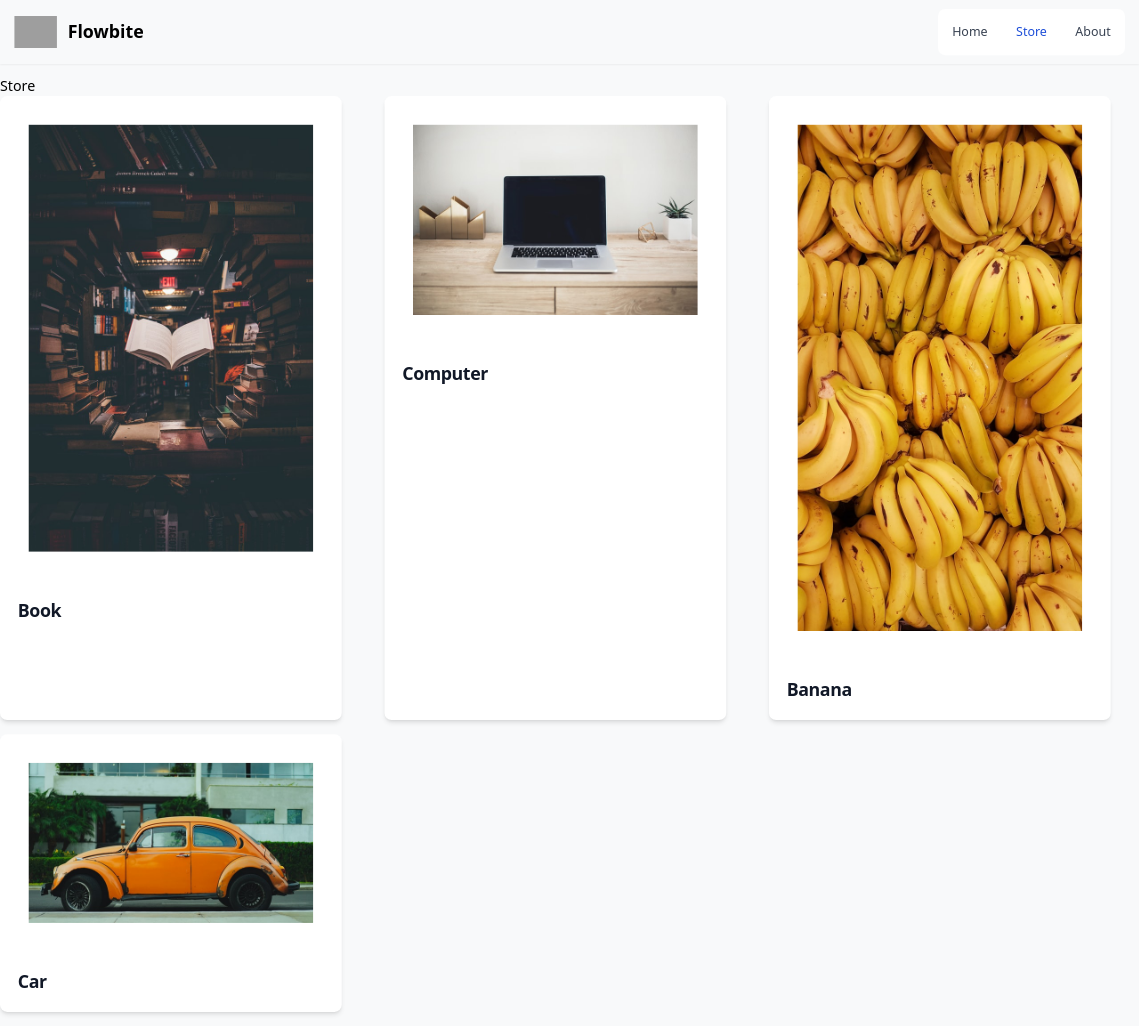
Repository: ducanhaep/react-ts-shopping-cart
Page: /store
These files come from the project's save history. The page is drawn as it stood at one moment and after the next save; the edit follows.
The browser window is 1280 px wide. The pictures show the whole page, at 89% of full size.
Pictures or frames that could not be fetched are drawn as grey boxes. The project was rebuilt for these pictures with package versions that can differ from the ones it lists, and the page was loaded fresh each time. Also part of the build but not shown: vite.config.ts, src/pages/About.js, src/pages/Home.js.

Above is the page before, as saved 2023-01-11 19:15:25.

After the next save:
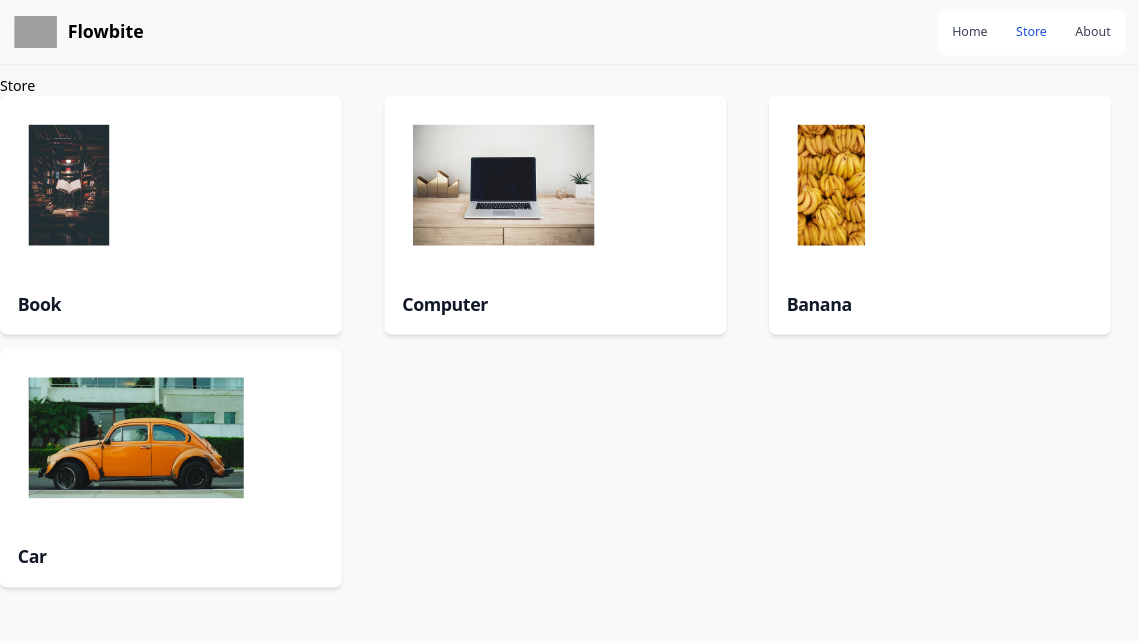
Saved 79 s later.
--- a/src/components/StoreItem.tsx
+++ b/src/components/StoreItem.tsx
@@ -10,7 +10,7 @@
   return (
     <div className="w-full max-w-sm bg-white rounded-lg shadow-md">
       <Link to="#">
-        <img src={imgUrl} alt="imgUrl" className="rounded-t-lg p-8" />
+        <img src={imgUrl} alt="imgUrl" className="rounded-t-lg p-8 h-[200px]" />
       </Link>
       <div className="px-5 py-5">
         <Link to="#">

After the 2 saves that followed:
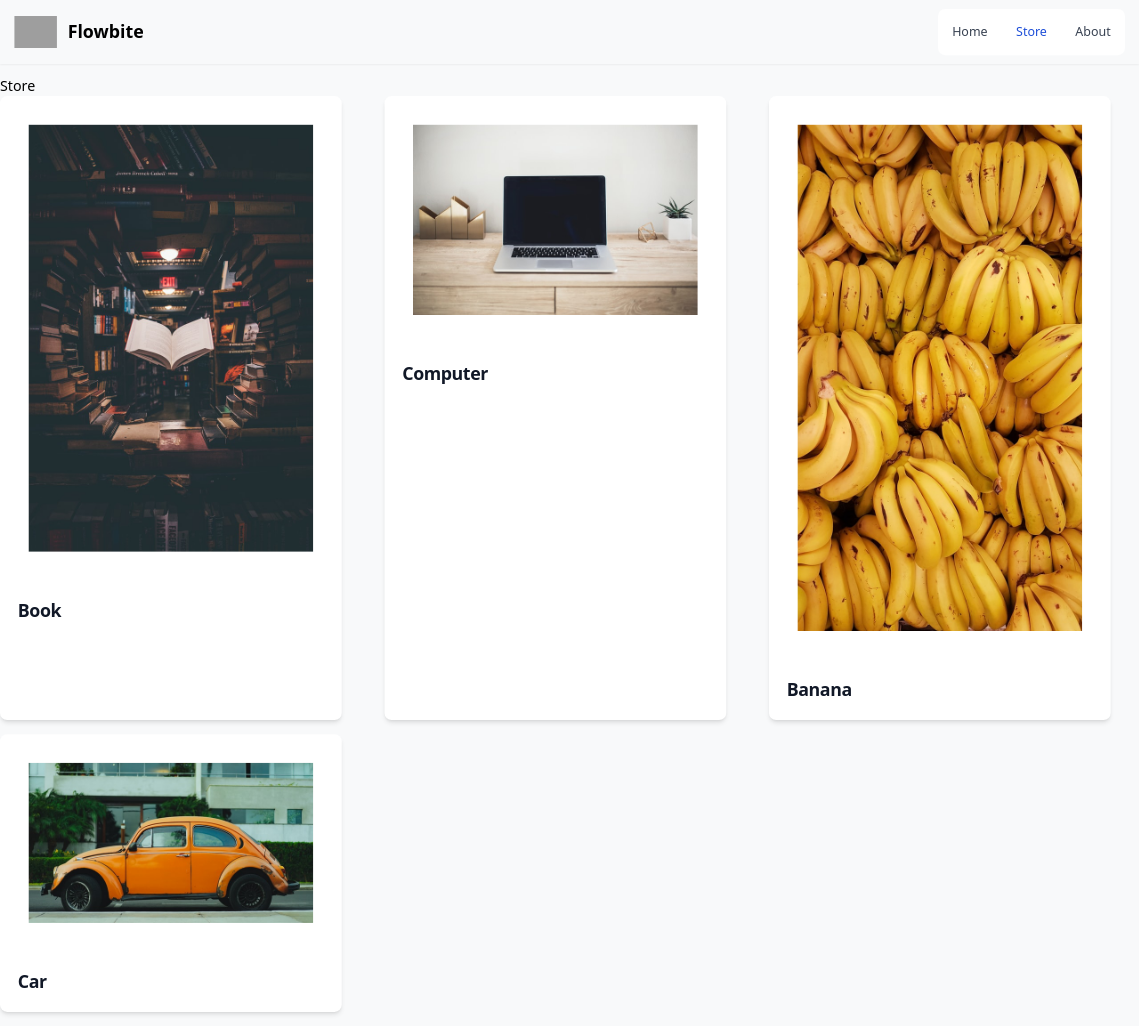
The 2 saves are shown as one change because 1 left the picture as it was.
The last was saved 57 s later.
--- a/src/components/StoreItem.tsx
+++ b/src/components/StoreItem.tsx
@@ -9,8 +9,12 @@
 export function StoreItem({ id, name, price, imgUrl }: StoreItemProps) {
   return (
     <div className="w-full max-w-sm bg-white rounded-lg shadow-md">
-      <Link to="#">
-        <img src={imgUrl} alt="imgUrl" className="rounded-t-lg p-8 h-[200px]" />
+      <Link to="#" className=" h-[200px]">
+        <img
+          src={imgUrl}
+          alt="imgUrl"
+          className="rounded-t-lg p-8 object-cover"
+        />
       </Link>
       <div className="px-5 py-5">
         <Link to="#">
